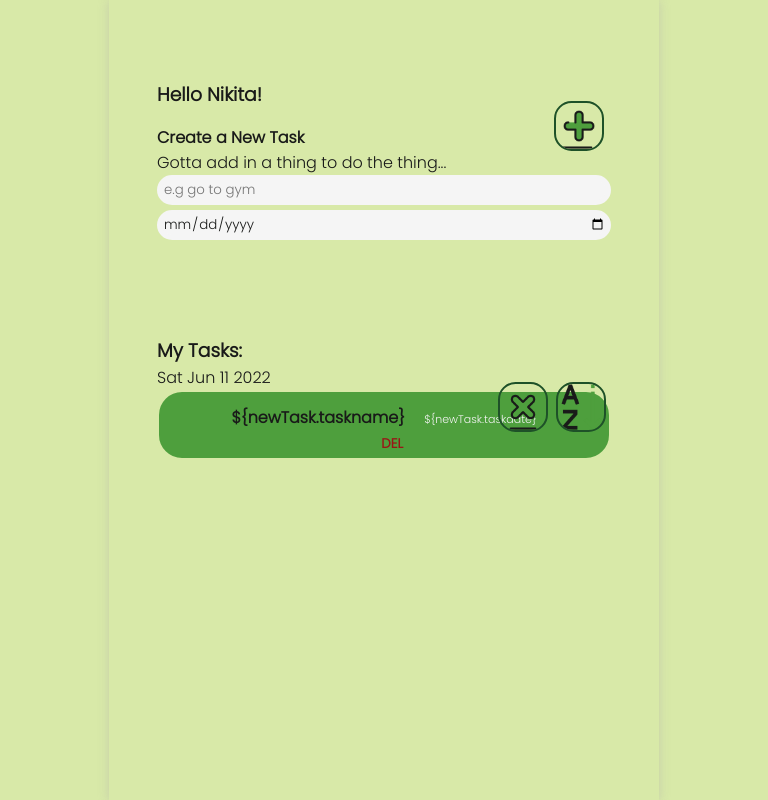
Repository: acidpixie/todo-app-version3
Page: index.html
An editor plug-in stored every save of this project. The page is shown before and after the next save, followed by the edit.
The browser window is 768 px wide. The pictures show the whole page.

Above is the page before, as saved 2022-06-11 22:52:01.

### index.html
<!DOCTYPE html>
<html lang="en">
<head>
    <meta charset="UTF-8">
    <meta http-equiv="X-UA-Compatible" content="IE=edge">
    <meta name="viewport" content="width=device-width, initial-scale=1.0">
    <title>Todo Application</title>

    <link rel="stylesheet" type="text/css" href="/css/stylesheet.css">
    <script type="text/javascript" src="/js/script.js" defer></script>

    <!--google fonts - poppins-->
    <link rel="preconnect" href="https://fonts.googleapis.com">
    <link rel="preconnect" href="https://fonts.gstatic.com" crossorigin>
    <link href="https://fonts.googleapis.com/css2?family=Poppins:wght@200;300&display=swap" rel="stylesheet">


</head>
<body>

    <section>
        <header class="heading">
        <h3>Hello&nbsp;<div contenteditable="true">Nikita!</div></h3>
        </header>

        <div>
            <h4>Create a New Task</h4>
            <form>
                <label>Gotta add in a thing to do the thing...</label>
                <input type="text" class="user-input" id="input-task" placeholder="e.g go to gym">
                <p id="empty-input" class="empty-input"></p>
                <input type="date" class="user-date" id="input-date">
                <img src="/images/add.png" type="submit" class="add-new-task" id="add-new-task-button"></img>
                </label>
            </form>
       </div>
    </section>

    <section>
        <div id="display-tasks" class="display">
            <h3>My Tasks:</h3>
            <span class="title-date" id="title-date"></span>
            <ul class="task-item" id="task-list">
                <li class="list-item" id="list-item" data-id="${newTask.taskId}">

                    <div class="list-container" id="lists-container">
                        <span class="list-input" id="list-input" contenteditable="true">${newTask.taskname}</span>
                        <span class="list-date-input" id="list-date-input" contenteditable="true">${newTask.taskdate}</span>
                    </div>
                    <div class="list-buttons">
                        <button class="edit-item" id="edit-item"></button>
                        <button class="delete-item" id="delete-item">DEL</button>
                    </div>

                </li>
            </ul>
        </div>
    </section>

    <section class="user-buttons" id="buttons-user">
        <img src="/images/delete.png" class="user-button" id="clear-button"></img>
        <img src="/images/sort-a-z.png" class="user-button" id="sort-button"></img>
    </section>


</body>
</html>

### css/stylesheet.css
/*color pallet
#191A19 - black
#1E5128 - dark green
#4E9F3D - light green
#D8E9A8 - whitish green gray
#f5f5f5 - white smoke
*/



* {
    box-sizing: border-box;
    font-family: "poppins", sans-serif;
    margin: 0;
}

body {
    background-color: #D8E9A8;
    color: #191A19;
    max-width: 550px;
    min-height: 100vh;
    margin: auto;
    box-shadow: 0 1px 10px 0px rgba(176, 173, 173, 0.467);
    position: relative;
}


section {
    padding: 3rem;
}

.heading {
    padding-top: 2rem;
    padding-bottom: 1rem;
}

form {
    display: flex;
    flex-direction: column;
}

input {
    height: 30px;
    border: solid 5px #f5f5f5;
    color: #191A19;
    background-color: #f5f5f5;
    border-radius: 25px;
}

.user-date {
    margin-top: 5px;
}

li {
    display: flex;
    flex-direction: row;
    padding-left: 0;
    padding-top: 10px;
    list-style: none;
}

ul{
    margin: 0;
    padding: 0;
}

li {
    display: flex;
    flex-direction: column;
    justify-content: center;
    height: 70px;
    width: auto;
    background-color: #4E9F3D ;
    border: solid 2px #D8E9A8;
    border-radius: 25px;
    align-items: center;
}

.edit-item {
    font-size: 8px;
    background-color: transparent;
    border: none;
    color: #D8E9A8;
    cursor: pointer;
}

.delete-item {
    background-color: transparent ;
    border: none;
    color: #9a1616;
    font-weight: 600;
    cursor: pointer;
}


.user-buttons {
    display: flex;
    flex-direction: row;
    gap: 8px;
    position: absolute;
    bottom: 40%;
    right: 1%;
}

.user-button {
    display: flex;
    height: 50px;
    width: 50px;
    gap: 10px;
    border: solid 2px #1E5128;
    border-radius: 35%;
    cursor: pointer;

}

.add-new-task {
    height: 50px;
    width: 50px;
    margin-top: 5px;
    position: absolute;
    top: 15%;
    right: 10%;
    background-color: none;
    border: solid 2px #1E5128;
    border-radius: 35%;
    cursor: pointer;

}

.completed-task {
    text-decoration: line-through;
  }

.completed {
    filter: opacity(50%);
  }

.list-date-input {
    font-size: 11px;
    color: #f5f5f5 ;
    padding-left: 15px;

}

.list-input {
    font-weight: 600;
}

h3 {
    display: flex;
}

.empty-input {
    display: flex;
    justify-content: center;
    font-size: 12px;
    color: #9a1616;
}

@media screen and (max-width: 800px) {

    .user-buttons {
        display: flex;
        flex-direction: row;
        gap: 8px;
        position: absolute;
        bottom: 40%;
        right: 1%;
    }

    .user-button {
        display: flex;
        height: 50px;
        width: 50px;
        gap: 10px;
        border: solid 2px #1E5128;
        border-radius: 35%;
        cursor: pointer;

    }

    .add-new-task {
        height: 50px;
        width: 50px;
        margin-top: 5px;
        position: absolute;
        top: 12%;
        right: 10%;
        background-color: none;
        border: solid 2px #1E5128;
        border-radius: 35%;
        cursor: pointer;

    }



  }

### js/script.js
let date = new Date();
let dateHeader = date.toDateString();

const dateToday = document.getElementById('title-date');
dateToday.innerHTML = dateHeader;

const LOCAL_STORAGE_APP_KEY = "todo-app-storage-key";

//input variables
let taskInput = document.getElementById("input-task");
let taskInputDate = document.getElementById("input-date");
const taskInputSubmit = document.getElementById("add-new-task-button");
const emptyInput= document.getElementById("empty-input");

const taskList = document.getElementById("task-list");

const clearTaskList = document.getElementById("clear-button");
const sortTaskList = document.getElementById("sort-button");

let editInputTask = "";
let editInputDate = "";
let editId = "";
let isEdit = false;

let taskArray = [];

class Task {
    constructor(taskid, taskname, taskdate) {
        this._taskid = taskid;
        this._taskname = taskname;
        this._taskdate = taskdate;
    }

    get taskid() {
        return this._taskid;
      }

      set taskid(newTaskId) {
        this._taskid = newTaskId;
      }

      get taskname() {
        return this._taskname;
      }

      set taskname(newTaskName) {
        this._taskname = newTaskName;
      }

      get taskdate() {
        return this._taskdate;
      }

      set taskdate(newTaskDate) {
        this._taskdate = newTaskDate;
      }
    }

    //event listeners

    taskInputSubmit.addEventListener("click", addTask);
    clearTaskList.addEventListener("click", clearTasks);
    sortTaskList.addEventListener("click", sortTasks);

    //function to add in a new task

    function addTask(e) {
        e.preventDefault();

        let userInput = document.getElementById("input-task").value;
        let userInputDate = document.getElementById("input-date").value;

        let newTaskId = new Date().getTime().toString();
        let userInputTask = userInput.charAt(0).toUpperCase() + userInput.slice(1);

        emptyInput.innerHTML= "";

        if (userInputTask !== "" && !isEdit) {
            let newTask = new Task(newTaskId, userInputTask, userInputDate);
            taskArray.push(newTask);

            const listElement = document.createElement("li");
            listElement.classList.add("list-item");
            const attr = document.createAttribute("data-id");
            attr.value = newTaskId;
            listElement.setAttributeNode(attr);

            //template literal to add in list inputs
            listElement.innerHTML = `
            <div class="list-container">
            <span class="list-input" id="list-input" contenteditable="true">${newTask.taskname}</span>
            <span class="list-date-input" id="list-date-input" contenteditable="true">${newTask.taskdate}</span>
            </div>
            <div class="list-buttons">
            <button class="edit-item" id="edit-item"></button>
            <button class="delete-item" id="delete-item">DEL</button>
            </div>
            `;

            //variables and event listeners for buttons in new li element created
            const taskContent = listElement.querySelector(".list-container");
            const deleteButton = listElement.querySelector(".delete-item");
            const editButton = listElement.querySelector(".edit-item");

           deleteButton.addEventListener("click", deleteTask);
           editButton.addEventListener("click", editTask);

            taskList.appendChild(listElement);

            taskContent.addEventListener("dblclick", function(){
                taskContent.classList.toggle("completed-task");
                listElement.classList.toggle("completed");
            });

            saveToLocalStorage();
            setToDefault();

        } else if (userInputTask !== "" && isEdit) {
            editInputTask.innerHTML = userInputTask;
            editInputDate.innerHTML = userInputDate;

            setToDefault();

        } else if (userInputTask === "") {
            emptyInput.innerHTML = "task input cannot be blank";
        } else {
            emptyInput.innerHTML = "";
        }
    }

    // clear tasks

    function clearTasks() {
        const allTasks = document.querySelectorAll(".list-item");

        if (allTasks.length > 0) {
            allTasks.forEach(function (listItem) {
                taskList.removeChild(listItem);
            });

            setToDefault();
            localStorage.removeItem("todo-app-storage-key");
        }
    }

    //sort tasks a-z

    function sortTasks() {
        [...taskList.children]
        .sort((a, b) => (a.innerText > b.innerText ? 1 : -1))
        .forEach((node) => taskList.appendChild(node));
    }

    //delete tasks

    function deleteTask(event) {
        let element = event.currentTarget.parentElement.parentElement;
        const id = element.dataset.id;
        taskList.removeChild(element);

        setToDefault()
    }

    // edit tasks

 //  function editTask(event) {
 //   let element = event.currentTarget.parentElement.parentElement;
 //   const attrE = document.createAttribute("contenteditable");
 //   attrE.value = true;
 //   element.setAttributeNode(attrE);

 //   editId = element.dataset.id;
 //   isEdit = true;


 function editTask(button) {
    let x = document.getElementById("list-input");
    if (x.contentEditable == "true") {
        x.contentEditable = "false"; button.innerHTML = "SAVE";
    } else {x.contentEditable = "true"; button.innerHTML = "EDIT";
}

 }



    function setToDefault() {
        taskInput.value = "";
        taskInputDate.value = "";
        isEdit = false;
        editId = "";
    }

    function saveToLocalStorage() {
        taskArray = JSON.stringify(taskArray);
        localStorage.setItem(LOCAL_STORAGE_APP_KEY, taskArray);
        taskArray = JSON.parse(localStorage.getItem(LOCAL_STORAGE_APP_KEY));
    }

After the next save:
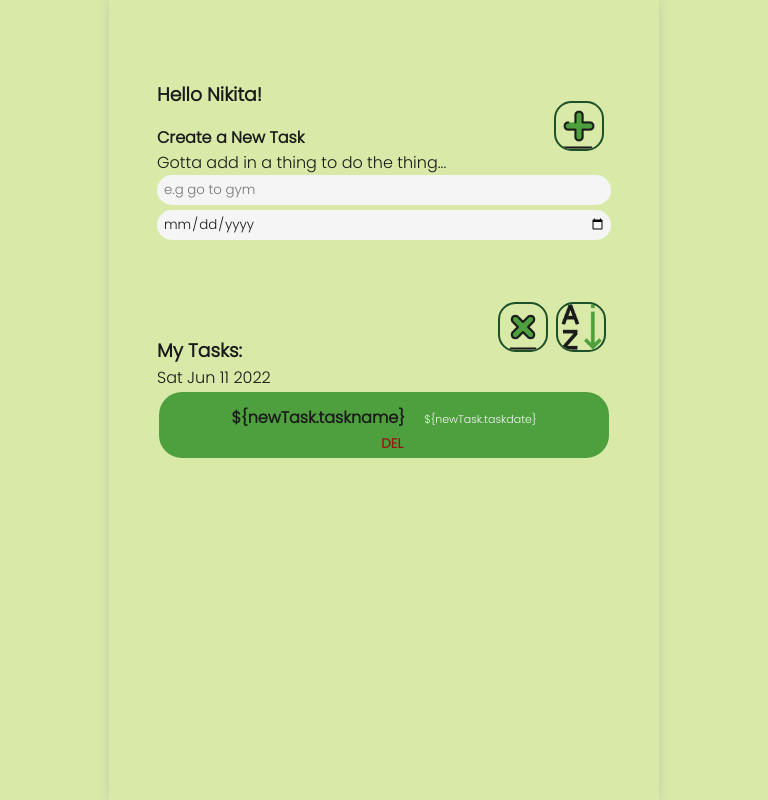
Saved 40 s later.
--- a/css/stylesheet.css
+++ b/css/stylesheet.css
@@ -164,20 +164,10 @@ h3 {
         flex-direction: row;
         gap: 8px;
         position: absolute;
-        bottom: 40%;
+        bottom: 50%;
         right: 1%;
     }
 
-    .user-button {
-        display: flex;
-        height: 50px;
-        width: 50px;
-        gap: 10px;
-        border: solid 2px #1E5128;
-        border-radius: 35%;
-        cursor: pointer;
-
-    }
 
     .add-new-task {
         height: 50px;
